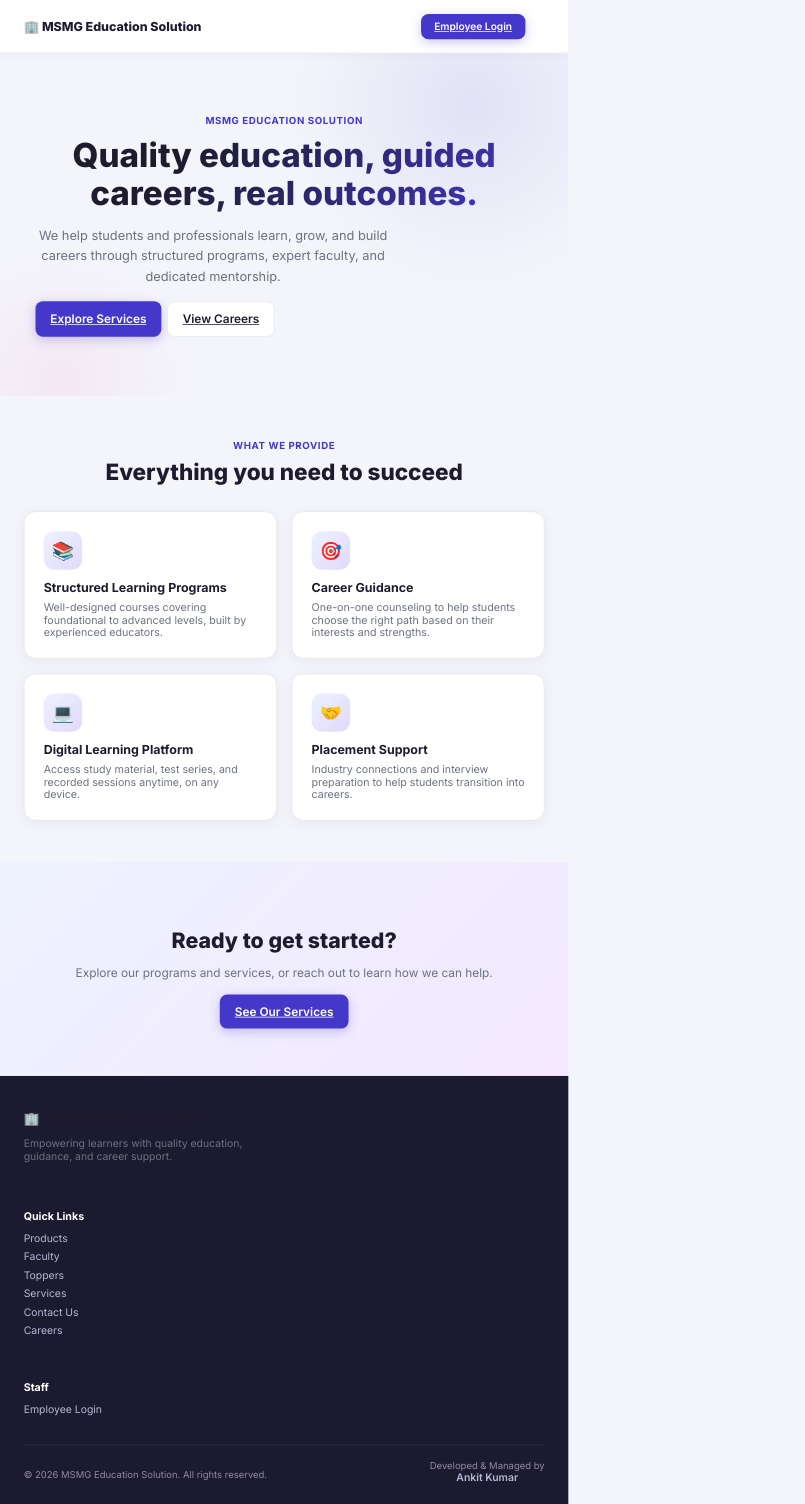
Repository: Kumarankit666/HRMS
Page: / (app in frontend/)
The author's editor kept a copy of each file at every save. The page is drawn from the files as they stood at one save, then again after the next save.
The browser window is 768 px wide. The page is 768 px wide, then 1088 px, so the pictures cover 1088 px, including what lies to the right of the window. The pictures show the whole page, at 74% of full size.
The project was rebuilt for these pictures with package versions that can differ from the ones it lists, and the page was loaded fresh each time. Also part of the build but not shown: frontend/vite.config.js, frontend/src/components/ProtectedRoute.jsx, frontend/src/components/NotificationBell.jsx, frontend/src/components/AppLayout.jsx, frontend/src/pages/public/Products.jsx, frontend/src/pages/public/Faculty.jsx, frontend/src/pages/public/Services.jsx, frontend/src/pages/public/Careers.jsx and 24 more.

Above is the page before, as saved 2026-07-26 12:19:37.

### frontend/index.html
<!doctype html>
<html lang="en">
  <head>
    <meta charset="UTF-8" />
    <link rel="icon" type="image/svg+xml" href="data:[embedded picture, 141 characters]" />
    <meta name="viewport" content="width=device-width, initial-scale=1.0" />
    <title>MSMG Education Solution A Physics Wallah Frenchies</title>
  </head>
  <body>
    <div id="root"></div>
    <script type="module" src="/src/main.jsx"></script>
  </body>
</html>

### frontend/src/index.css
@import url('https://fonts.googleapis.com/css2?family=Inter:wght@400;500;600;700;800&display=swap');

:root {
  --primary: #4338ca;
  --primary-dark: #3730a3;
  --primary-light: #eef2ff;
  --ink: #1e1b2e;
  --muted: #6b7280;
  --bg: #f4f5fb;
  --border: #e5e7eb;
  --danger: #ef4444;
  --success: #16a34a;
  --warning: #d97706;
  --sidebar-bg: #1c1a2e;
  --radius: 12px;
}

* { box-sizing: border-box; }
html, body, #root { height: 100%; }
body {
  margin: 0;
  font-family: 'Inter', -apple-system, BlinkMacSystemFont, sans-serif;
  background: var(--bg);
  color: var(--ink);
}
button, input, select, textarea { font-family: inherit; }

/* ---------- Buttons ---------- */
.btn {
  display: inline-flex; align-items: center; justify-content: center; gap: 8px;
  padding: 10px 18px; border-radius: 10px; border: none; font-weight: 600; font-size: 0.9rem;
  cursor: pointer; transition: background .15s, opacity .15s;
}
.btn-primary { background: var(--primary); color: #fff; box-shadow: 0 4px 14px rgba(67,56,202,0.28); }
.btn-primary:hover { background: var(--primary-dark); transform: translateY(-1px); box-shadow: 0 8px 20px rgba(67,56,202,0.35); }
.btn-primary:disabled { opacity: 0.6; cursor: not-allowed; transform: none; }
.btn-outline { background: #fff; border: 1px solid var(--border); color: var(--ink); }
.btn-outline:hover { background: var(--bg); }
.btn-danger { background: #fee2e2; color: #b91c1c; }
.btn-danger:hover { background: #fecaca; }
.btn-success { background: #dcfce7; color: #15803d; }
.btn-success:hover { background: #bbf7d0; }
.btn-sm { padding: 6px 12px; font-size: 0.82rem; border-radius: 8px; }
.btn-block { width: 100%; }
.btn-lg { padding: 13px 20px; font-size: 1rem; }

/* ---------- Forms ---------- */
.field { margin-bottom: 16px; }
.field label { display: block; font-size: 0.85rem; font-weight: 600; margin-bottom: 6px; color: var(--ink); }
.field input, .field select, .field textarea {
  width: 100%; padding: 11px 14px; border: 1px solid var(--border); border-radius: 9px;
  font-size: 0.92rem; outline: none; background: #fff;
}
.field input:focus, .field select:focus, .field textarea:focus {
  border-color: var(--primary); box-shadow: 0 0 0 3px rgba(67,56,202,0.12);
}
.field-hint { font-size: 0.78rem; color: var(--muted); margin-top: 4px; }
.password-wrap { position: relative; }
.password-toggle {
  position: absolute; right: 12px; top: 50%; transform: translateY(-50%);
  background: none; border: none; color: var(--muted); cursor: pointer; padding: 4px;
}
.checkbox-row { display: flex; align-items: flex-start; gap: 10px; font-size: 0.88rem; }
.checkbox-row input { width: auto; margin-top: 3px; }

/* ---------- Grid helpers ---------- */
.grid-2 { display: grid; grid-template-columns: 1fr 1fr; gap: 16px; }
.grid-3 { display: grid; grid-template-columns: repeat(3, 1fr); gap: 16px; }
@media (max-width: 640px) { .grid-2, .grid-3 { grid-template-columns: 1fr; } }

/* ---------- Cards / panels ---------- */
.card { background: #fff; border: 1px solid var(--border); border-radius: var(--radius); padding: 22px; box-shadow: 0 2px 14px rgba(30,27,46,0.06); }
.card h3 { margin: 0 0 16px; font-size: 1rem; font-weight: 700; }

/* ---------- Auth pages (login/forgot) ---------- */
.auth-shell { min-height: 100vh; display: grid; grid-template-columns: 1.1fr 1fr; }
@media (max-width: 900px) { .auth-shell { grid-template-columns: 1fr; } .auth-brand-panel { display: none; } }
.auth-brand-panel {
  background: radial-gradient(circle at 20% 20%, #5b4fe0, #4338ca 45%, #2f2478 100%);
  color: #fff; padding: 64px 56px; display: flex; flex-direction: column; justify-content: center;
  position: relative; overflow: hidden;
}
.auth-brand-panel::after {
  content: ''; position: absolute; width: 480px; height: 480px; border-radius: 50%;
  background: rgba(255,255,255,0.06); right: -160px; bottom: -180px;
}
.auth-brand-mark { display: flex; align-items: center; gap: 10px; font-weight: 700; font-size: 1.1rem; margin-bottom: 48px; }
.auth-brand-panel h1 { font-size: 2.3rem; font-weight: 800; line-height: 1.25; max-width: 440px; margin-bottom: 18px; }
.auth-brand-panel p { color: rgba(255,255,255,0.82); max-width: 400px; margin-bottom: 28px; }
.auth-points { list-style: none; padding: 0; margin: 0; display: flex; flex-direction: column; gap: 14px; font-size: 0.94rem; }
.auth-form-panel { display: flex; align-items: center; justify-content: center; padding: 40px 20px; }
.auth-card { width: 100%; max-width: 400px; background: #fff; border-radius: 16px; padding: 40px 36px; box-shadow: 0 10px 40px rgba(30,27,46,0.08); border: 1px solid var(--border); }
.auth-card h2 { font-weight: 800; margin: 0 0 4px; }
.auth-card .subtitle { color: var(--muted); font-size: 0.9rem; margin-bottom: 24px; }
.auth-link { color: var(--primary); text-decoration: none; font-size: 0.87rem; font-weight: 500; }
.auth-link:hover { text-decoration: underline; }
.auth-footer-note { margin-top: 22px; font-size: 0.78rem; color: var(--muted); text-align: center; }

/* ---------- App shell (sidebar + navbar) ---------- */
.app-shell { display: flex; min-height: 100vh; }
.sidebar {
  width: 250px; background: var(--sidebar-bg); color: #fff; display: flex; flex-direction: column;
  position: sticky; top: 0; height: 100vh; flex-shrink: 0; z-index: 100; transition: transform .2s;
  box-shadow: 4px 0 20px rgba(15,13,30,0.12);
}
.sidebar-brand { display: flex; align-items: center; gap: 10px; padding: 24px 22px; font-weight: 800; }
.sidebar-nav { flex: 1; overflow-y: auto; padding: 8px 12px; }
.sidebar-section-label { font-size: 0.7rem; text-transform: uppercase; letter-spacing: 0.06em; color: #8f8ba8; margin: 18px 12px 8px; }
.sidebar-link {
  display: flex; align-items: center; gap: 12px; padding: 10px 12px; border-radius: 10px;
  color: #c9c6e0; text-decoration: none; font-size: 0.92rem; font-weight: 500; margin-bottom: 2px; cursor: pointer; border: none; background: none; width: 100%; text-align: left;
}
.sidebar-link:hover { background: rgba(255,255,255,0.06); color: #fff; }
.sidebar-link.active { background: var(--primary); color: #fff; }
.sidebar-footer { padding: 16px; }
.main-area { flex: 1; min-width: 0; display: flex; flex-direction: column; }
.topbar {
  height: 64px; background: #fff; border-bottom: 1px solid var(--border); display: flex; align-items: center;
  padding: 0 24px; gap: 16px; position: sticky; top: 0; z-index: 10; box-shadow: 0 2px 10px rgba(30,27,46,0.04);
}
.topbar-right { margin-left: auto; display: flex; align-items: center; gap: 16px; }
.avatar { width: 34px; height: 34px; border-radius: 50%; background: var(--primary); color: #fff; display: flex; align-items: center; justify-content: center; font-weight: 700; font-size: 0.85rem; }
.hamburger { display: none; background: none; border: none; font-size: 1.4rem; }
@media (max-width: 991px) {
  .sidebar { position: fixed; transform: translateX(-100%); }
  .sidebar.open { transform: translateX(0); }
  .hamburger { display: block; }
}

.content { padding: 28px 32px; }
@media (max-width: 640px) { .content { padding: 18px 16px; } }
.app-footer { padding: 16px 32px 24px; text-align: center; font-size: 0.78rem; color: var(--muted); }
.app-footer a { color: var(--primary); text-decoration: none; font-weight: 600; }
.app-footer a:hover { text-decoration: underline; }
.content-header { display: flex; justify-content: space-between; align-items: flex-start; margin-bottom: 22px; flex-wrap: wrap; gap: 12px; }
.content-header h1 { font-size: 1.5rem; font-weight: 800; margin: 0 0 4px; }
.content-header p { margin: 0; color: var(--muted); }

/* ---------- Stat cards ---------- */
.stat-grid { display: grid; grid-template-columns: repeat(auto-fit, minmax(180px, 1fr)); gap: 16px; margin-bottom: 24px; }
.stat-card { background: #fff; border: 1px solid var(--border); border-radius: 14px; padding: 20px; box-shadow: 0 2px 12px rgba(30,27,46,0.05); transition: transform .15s, box-shadow .15s; }
.stat-card:hover { transform: translateY(-2px); box-shadow: 0 8px 22px rgba(30,27,46,0.09); }
.stat-card .icon { width: 38px; height: 38px; border-radius: 10px; background: var(--primary-light); color: var(--primary); display: flex; align-items: center; justify-content: center; margin-bottom: 10px; font-size: 1.1rem; }
.stat-card .label { font-size: 0.8rem; color: var(--muted); font-weight: 500; }
.stat-card .value { font-size: 1.7rem; font-weight: 800; margin-top: 4px; }

/* ---------- Tables ---------- */
.table-wrap { overflow-x: auto; }
table.hrms-table { width: 100%; border-collapse: collapse; font-size: 0.88rem; }
table.hrms-table th { text-align: left; color: var(--muted); font-weight: 600; padding: 10px 12px; border-bottom: 1px solid var(--border); white-space: nowrap; }
table.hrms-table td { padding: 12px; border-bottom: 1px solid var(--border); vertical-align: middle; }
table.hrms-table tr:last-child td { border-bottom: none; }

.badge { padding: 4px 10px; border-radius: 20px; font-size: 0.74rem; font-weight: 600; display: inline-block; }
.badge-active, .badge-approved, .badge-verified, .badge-signed { background: #dcfce7; color: #15803d; }
.badge-inactive, .badge-rejected { background: #fee2e2; color: #b91c1c; }
.badge-pending, .badge-submitted { background: #fef3c7; color: #92400e; }
.badge-changes { background: #fef3c7; color: #92400e; }

/* ---------- Modal ---------- */
.modal-overlay { position: fixed; inset: 0; background: rgba(15,13,30,0.45); display: flex; align-items: center; justify-content: center; z-index: 200; padding: 16px; }
.modal-box { background: #fff; border-radius: 16px; width: 100%; max-width: 560px; max-height: 90vh; overflow-y: auto; box-shadow: 0 24px 60px rgba(15,13,30,0.25); }
.modal-header { display: flex; justify-content: space-between; align-items: center; padding: 20px 24px; border-bottom: 1px solid var(--border); }
.modal-header h3 { margin: 0; font-size: 1.05rem; }
.modal-close { background: none; border: none; font-size: 1.3rem; cursor: pointer; color: var(--muted); }
.modal-body { padding: 22px 24px; }
.modal-footer { display: flex; justify-content: flex-end; gap: 10px; padding: 16px 24px; border-top: 1px solid var(--border); }

/* ---------- Empty state ---------- */
.empty-state { text-align: center; padding: 70px 20px; color: var(--muted); }
.empty-state .icon { font-size: 2.4rem; margin-bottom: 10px; }

/* ---------- Misc ---------- */
.text-muted { color: var(--muted); }
.mb-0 { margin-bottom: 0; }
.mt-3 { margin-top: 16px; }
.flex-between { display: flex; justify-content: space-between; align-items: center; }
.d-flex { display: flex; }
.gap-2 { gap: 8px; }
.spinner {
  width: 16px; height: 16px; border: 2px solid rgba(255,255,255,0.4); border-top-color: #fff;
  border-radius: 50%; animation: spin 0.7s linear infinite; display: inline-block;
}
.spinner-dark { border: 2px solid rgba(67,56,202,0.25); border-top-color: var(--primary); }
@keyframes spin { to { transform: rotate(360deg); } }

/* ================= PUBLIC WEBSITE ================= */
.pub-shell { display: flex; flex-direction: column; min-height: 100vh; }
.pub-header {
  height: 72px; display: flex; align-items: center; padding: 0 32px; gap: 24px;
  background: rgba(255,255,255,0.92); backdrop-filter: blur(10px);
  border-bottom: 1px solid var(--border); position: sticky; top: 0; z-index: 50;
  box-shadow: 0 2px 12px rgba(30,27,46,0.04);
}
.pub-brand { font-weight: 800; font-size: 1.05rem; color: var(--ink); text-decoration: none; }
.pub-nav { display: flex; gap: 22px; margin-left: 12px; }
.pub-link { color: var(--muted); text-decoration: none; font-weight: 500; font-size: 0.92rem; padding: 6px 0; border-bottom: 2px solid transparent; }
.pub-link:hover, .pub-link.active { color: var(--primary); border-bottom-color: var(--primary); }
.pub-header-right { margin-left: auto; display: flex; align-items: center; gap: 14px; }
.pub-login-btn { padding: 9px 18px; font-size: 0.86rem; }
.pub-hamburger { display: none; background: none; border: none; font-size: 1.4rem; }

.pub-main { flex: 1; }

.pub-hero {
  display: grid; grid-template-columns: 1.2fr 1fr; align-items: center; gap: 40px;
  padding: 80px 48px; max-width: 1200px; margin: 0 auto; position: relative; overflow: hidden;
}
.pub-hero::before {
  content: ''; position: absolute; width: 500px; height: 500px; border-radius: 50%;
  background: radial-gradient(circle, rgba(67,56,202,0.10), transparent 70%);
  top: -180px; right: -120px; z-index: -1;
}
.pub-hero::after {
  content: ''; position: absolute; width: 360px; height: 360px; border-radius: 50%;
  background: radial-gradient(circle, rgba(236,72,153,0.08), transparent 70%);
  bottom: -160px; left: -100px; z-index: -1;
}
.pub-eyebrow { color: var(--primary); font-weight: 700; font-size: 0.82rem; text-transform: uppercase; letter-spacing: 0.06em; }
.pub-hero-text h1 {
  font-size: 2.8rem; font-weight: 800; line-height: 1.15; margin: 12px 0 16px;
  background: linear-gradient(135deg, var(--ink) 30%, var(--primary));
  -webkit-background-clip: text; background-clip: text; -webkit-text-fill-color: transparent;
}
.pub-hero-text p { color: var(--muted); font-size: 1.08rem; max-width: 480px; line-height: 1.6; }
.pub-hero-art {
  font-size: 9rem; text-align: center; filter: drop-shadow(0 24px 44px rgba(67,56,202,0.22));
  animation: floatArt 4s ease-in-out infinite;
}
@keyframes floatArt { 0%, 100% { transform: translateY(0); } 50% { transform: translateY(-14px); } }

.pub-section { max-width: 1200px; margin: 0 auto; padding: 56px 32px; }
.pub-section-header { text-align: center; margin-bottom: 36px; }
.pub-section-header h2 { font-size: 1.9rem; font-weight: 800; margin-top: 8px; }

.pub-page-header { max-width: 1200px; margin: 0 auto; padding: 56px 32px 24px; text-align: center; }
.pub-page-header h1 { font-size: 2.1rem; font-weight: 800; margin: 10px 0 8px; }
.pub-page-header p { color: var(--muted); }

.pub-grid-4 { display: grid; grid-template-columns: repeat(4, 1fr); gap: 20px; }
.pub-grid-3 { display: grid; grid-template-columns: repeat(3, 1fr); gap: 20px; }
@media (max-width: 900px) { .pub-grid-4, .pub-grid-3 { grid-template-columns: repeat(2, 1fr); } .pub-hero { grid-template-columns: 1fr; text-align: center; } .pub-hero-art { display: none; } }
@media (max-width: 600px) { .pub-grid-4, .pub-grid-3 { grid-template-columns: 1fr; } }

.pub-card { background: #fff; border: 1px solid var(--border); border-radius: 16px; padding: 26px; box-shadow: 0 4px 18px rgba(30,27,46,0.06); transition: transform .18s, box-shadow .18s; }
.pub-card:hover { transform: translateY(-5px); box-shadow: 0 18px 40px rgba(67,56,202,0.14); border-color: #d8d4f5; }
.pub-card-icon {
  width: 52px; height: 52px; border-radius: 14px; display: flex; align-items: center; justify-content: center;
  font-size: 1.5rem; margin-bottom: 14px;
  background: linear-gradient(135deg, var(--primary-light), #e0d9fb);
}
.pub-card h3 { font-size: 1.05rem; font-weight: 700; margin: 0 0 8px; }
.pub-card p { color: var(--muted); font-size: 0.9rem; margin: 0; }

.pub-faculty-meta {
  display: flex; flex-wrap: wrap; gap: 6px; justify-content: center; margin-top: 10px;
}
.pub-faculty-badge {
  font-size: 0.72rem; font-weight: 600; padding: 4px 10px; border-radius: 20px;
  background: var(--primary-light); color: var(--primary-dark);
}

.pub-faculty-card {
  text-align: center; position: relative; overflow: hidden; padding-top: 30px;
}
.pub-faculty-card::before {
  content: ''; position: absolute; top: 0; left: 0; right: 0; height: 4px;
  background: linear-gradient(90deg, var(--primary), #ec4899);
}
.pub-avatar-lg { width: 66px; height: 66px; border-radius: 50%; background: var(--primary-light); color: var(--primary); font-weight: 800; font-size: 1.1rem; display: flex; align-items: center; justify-content: center; margin: 0 auto 14px; }
.pub-avatar-photo { width: 90px; height: 90px; border-radius: 50%; object-fit: cover; margin: 0 auto 14px; display: block; border: 3px solid var(--primary-light); }
.pub-faculty-role { color: var(--primary); font-weight: 600; font-size: 0.85rem; margin: 2px 0; }

.pub-topper-card { text-align: center; position: relative; overflow: hidden; padding-top: 30px; }
.pub-topper-card::before {
  content: ''; position: absolute; top: 0; left: 0; right: 0; height: 4px;
  background: linear-gradient(90deg, #f59e0b, #ec4899);
}
.pub-topper-rank { font-weight: 700; color: #b45309; font-size: 0.95rem; margin-top: 4px; }
.pub-topper-marks { font-size: 0.82rem; color: var(--primary); font-weight: 600; margin-top: 4px; }
.pub-topper-status { font-size: 0.82rem; color: var(--muted); margin-top: 6px; }

.pub-cta {
  text-align: center; padding: 64px 32px;
  background: linear-gradient(135deg, var(--primary-light) 0%, #f3e8ff 100%);
}
.pub-cta h2 { font-size: 1.8rem; font-weight: 800; margin-bottom: 8px; }
.pub-cta p { color: var(--muted); margin-bottom: 20px; }

.pub-job-list { display: flex; flex-direction: column; gap: 12px; }
.pub-job-row { display: flex; justify-content: space-between; align-items: center; background: #fff; border: 1px solid var(--border); border-radius: 12px; padding: 18px 22px; box-shadow: 0 2px 12px rgba(30,27,46,0.05); }
.pub-job-row h4 { margin: 0 0 4px; font-size: 1rem; }

.pub-footer-bottom-row { display: flex; justify-content: space-between; align-items: center; flex-wrap: wrap; gap: 8px; text-align: left; }
.dev-credit { font-size: 0.8rem; color: #8f8ba8; }
.dev-credit a { color: #b9b6d6; text-decoration: none; font-weight: 600; }
.dev-credit a:hover { color: #fff; text-decoration: underline; }
@media (max-width: 600px) { .pub-footer-bottom-row { flex-direction: column; text-align: center; } }

.pub-footer { background: var(--sidebar-bg); color: #d9d7ea; padding: 48px 32px 20px; margin-top: auto; }
.pub-footer-inner { max-width: 1200px; margin: 0 auto; display: grid; grid-template-columns: 2fr 1fr 1fr; gap: 32px; }
.pub-footer h4 { color: #fff; font-size: 0.9rem; margin-bottom: 12px; }
.pub-footer a { display: block; color: #b9b6d6; text-decoration: none; font-size: 0.88rem; margin-bottom: 8px; }
.pub-footer a:hover { color: #fff; }
.pub-footer-bottom { text-align: center; color: #8f8ba8; font-size: 0.8rem; margin-top: 32px; padding-top: 20px; border-top: 1px solid rgba(255,255,255,0.08); }

@media (max-width: 900px) {
  .pub-nav { position: fixed; top: 72px; left: 0; right: 0; background: #fff; flex-direction: column; padding: 16px 24px; gap: 14px; border-bottom: 1px solid var(--border); display: none; }
  .pub-nav.open { display: flex; }
  .pub-hamburger { display: block; }
  .pub-footer-inner { grid-template-columns: 1fr; }
}

Loaded but not shown: frontend/src/main.jsx (common file); frontend/src/api/client.js (32 lines, source omitted); frontend/src/App.jsx (97 lines, source omitted); frontend/src/components/PublicLayout.jsx (74 lines, source omitted); frontend/src/pages/public/Home.jsx (49 lines, source omitted); frontend/src/context/AuthContext.jsx (38 lines, source omitted)

After the next save:
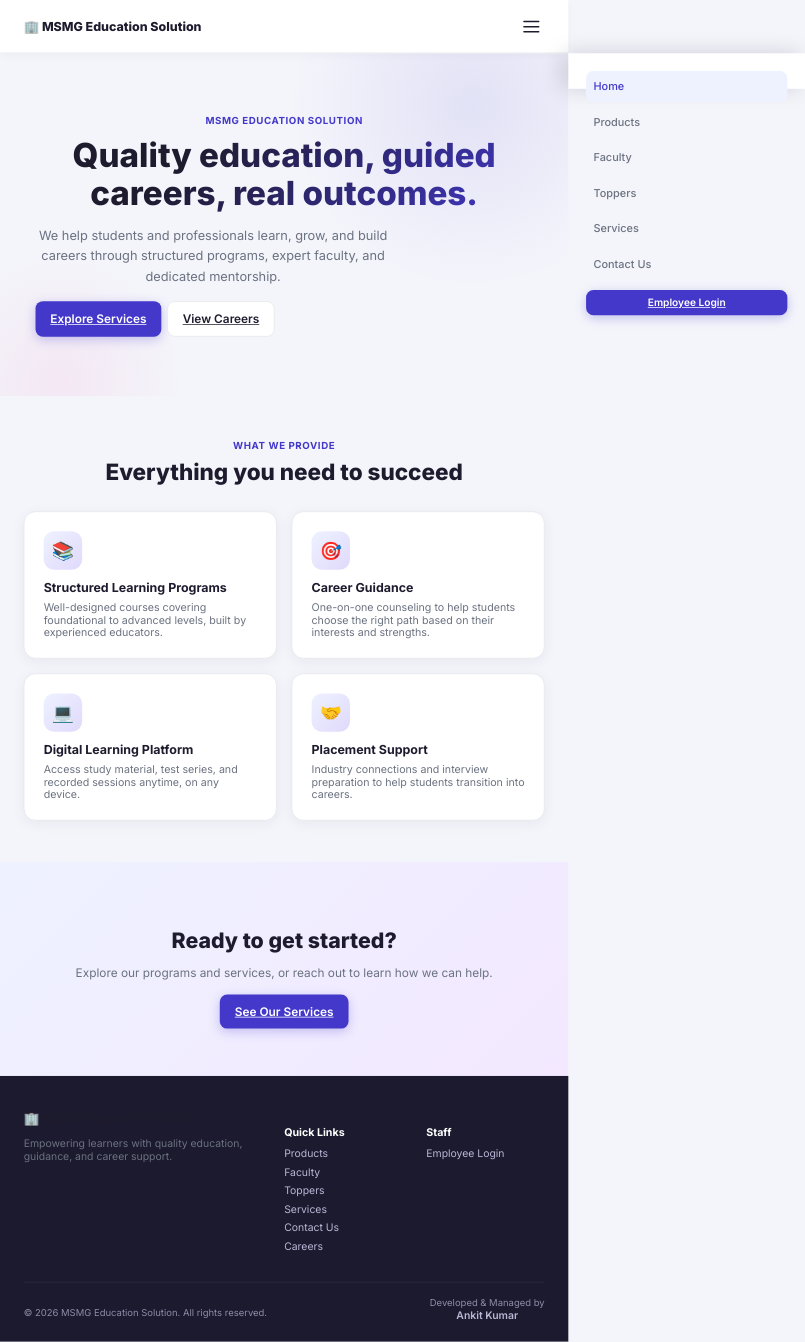
Saved 27 s later.
--- a/frontend/src/index.css
+++ b/frontend/src/index.css
@@ -120,11 +120,19 @@ button, input, select, textarea { font-family: inherit; }
 }
 .topbar-right { margin-left: auto; display: flex; align-items: center; gap: 16px; }
 .avatar { width: 34px; height: 34px; border-radius: 50%; background: var(--primary); color: #fff; display: flex; align-items: center; justify-content: center; font-weight: 700; font-size: 0.85rem; }
-.hamburger { display: none; background: none; border: none; font-size: 1.4rem; }
+.hamburger {
+  display: none; width: 34px; height: 34px; border: none; background: none; cursor: pointer;
+  flex-direction: column; justify-content: center; align-items: center; gap: 5px; padding: 0;
+}
+.hamburger span { width: 20px; height: 2px; background: var(--ink); border-radius: 2px; transition: transform .25s, opacity .25s; }
+.hamburger.open span:nth-child(1) { transform: translateY(7px) rotate(45deg); }
+.hamburger.open span:nth-child(2) { opacity: 0; }
+.hamburger.open span:nth-child(3) { transform: translateY(-7px) rotate(-45deg); }
+.sidebar-backdrop { position: fixed; inset: 0; background: rgba(15,13,30,0.4); z-index: 90; }
 @media (max-width: 991px) {
-  .sidebar { position: fixed; transform: translateX(-100%); }
+  .sidebar { position: fixed; transform: translateX(-100%); z-index: 100; }
   .sidebar.open { transform: translateX(0); }
-  .hamburger { display: block; }
+  .hamburger { display: flex; }
 }
 
 .content { padding: 28px 32px; }
@@ -198,7 +206,34 @@ table.hrms-table tr:last-child td { border-bottom: none; }
 .pub-link:hover, .pub-link.active { color: var(--primary); border-bottom-color: var(--primary); }
 .pub-header-right { margin-left: auto; display: flex; align-items: center; gap: 14px; }
 .pub-login-btn { padding: 9px 18px; font-size: 0.86rem; }
-.pub-hamburger { display: none; background: none; border: none; font-size: 1.4rem; }
+.pub-login-btn-mobile { display: none; }
+
+.pub-hamburger {
+  display: none; width: 36px; height: 36px; border: none; background: none; cursor: pointer;
+  flex-direction: column; justify-content: center; align-items: center; gap: 5px; padding: 0; z-index: 60;
+}
+.pub-hamburger span { width: 22px; height: 2px; background: var(--ink); border-radius: 2px; transition: transform .25s, opacity .25s; }
+.pub-hamburger.open span:nth-child(1) { transform: translateY(7px) rotate(45deg); }
+.pub-hamburger.open span:nth-child(2) { opacity: 0; }
+.pub-hamburger.open span:nth-child(3) { transform: translateY(-7px) rotate(-45deg); }
+
+.pub-nav-backdrop { position: fixed; inset: 0; background: rgba(15,13,30,0.35); z-index: 40; }
+
+@media (max-width: 900px) {
+  .pub-login-btn:not(.pub-login-btn-mobile) { display: none; }
+  .pub-login-btn-mobile { display: block; margin-top: 8px; text-align: center; }
+  .pub-nav {
+    position: fixed; top: 72px; right: 0; bottom: 0; width: 78%; max-width: 320px;
+    background: #fff; flex-direction: column; padding: 24px; gap: 6px;
+    box-shadow: -8px 0 30px rgba(15,13,30,0.15); z-index: 50;
+    transform: translateX(100%); transition: transform .28s ease; display: flex;
+  }
+  .pub-nav.open { transform: translateX(0); }
+  .pub-nav .pub-link { padding: 12px 10px; border-radius: 10px; border-bottom: none; }
+  .pub-nav .pub-link:hover, .pub-nav .pub-link.active { background: var(--primary-light); border-bottom: none; }
+  .pub-hamburger { display: flex; }
+  .pub-footer-inner { grid-template-columns: 1fr; }
+}
 
 .pub-main { flex: 1; }
 
@@ -303,10 +338,3 @@ table.hrms-table tr:last-child td { border-bottom: none; }
 .pub-footer a { display: block; color: #b9b6d6; text-decoration: none; font-size: 0.88rem; margin-bottom: 8px; }
 .pub-footer a:hover { color: #fff; }
 .pub-footer-bottom { text-align: center; color: #8f8ba8; font-size: 0.8rem; margin-top: 32px; padding-top: 20px; border-top: 1px solid rgba(255,255,255,0.08); }
-
-@media (max-width: 900px) {
-  .pub-nav { position: fixed; top: 72px; left: 0; right: 0; background: #fff; flex-direction: column; padding: 16px 24px; gap: 14px; border-bottom: 1px solid var(--border); display: none; }
-  .pub-nav.open { display: flex; }
-  .pub-hamburger { display: block; }
-  .pub-footer-inner { grid-template-columns: 1fr; }
-}
